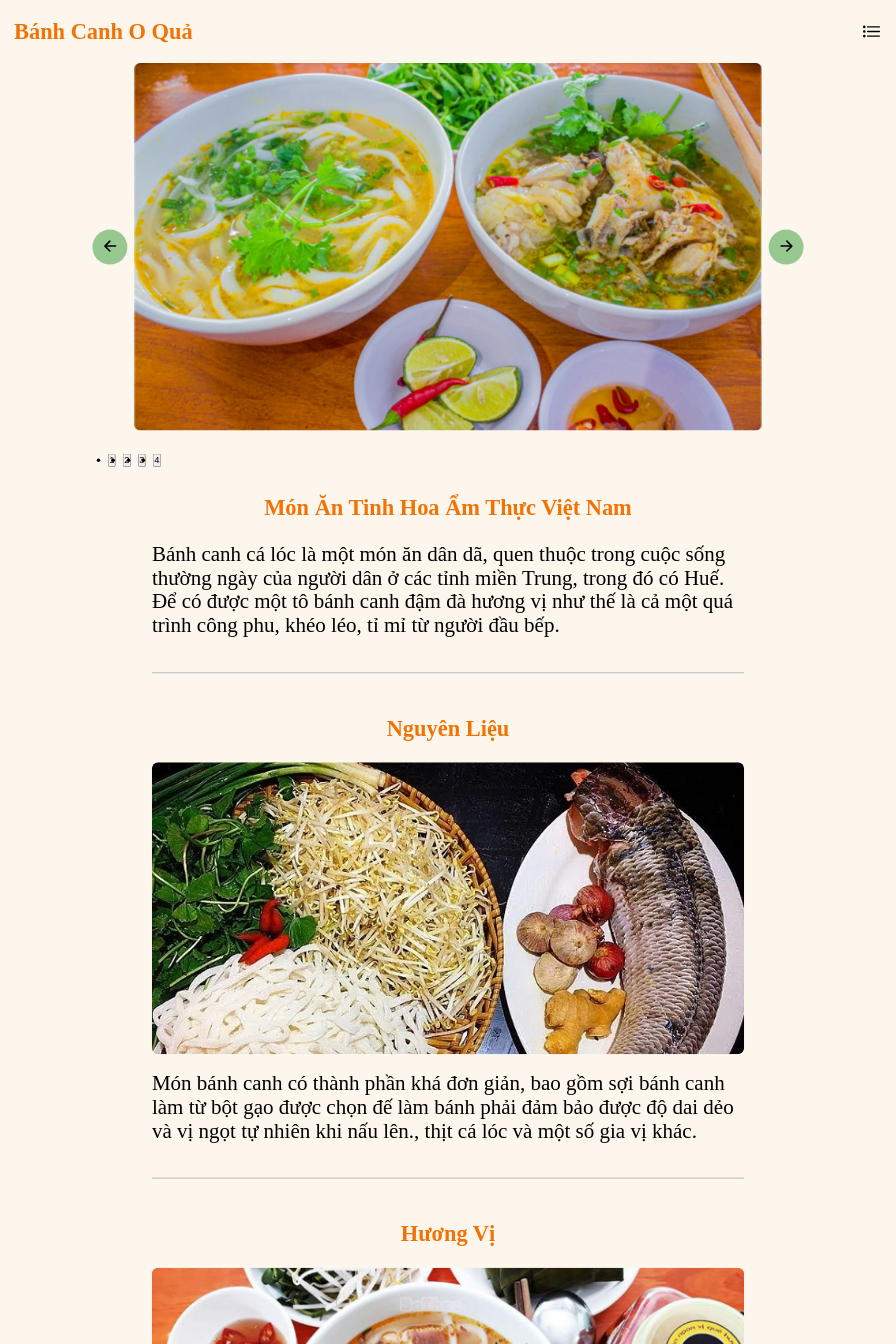
Repository: LeCongTuan2608/AmThuc
Page: index.html
An editor plug-in stored every save of this project. The page is shown before and after a run of saves, followed by the edit.
The browser window is 1280 px wide. The pictures show the part of the page from y = 0 to 1920 px (the page is 3454 px tall), at 70% of full size.
Some web fonts or font styles are not loaded; a fallback is used. Some web libraries are served in a nearby version. The style sheet was rebuilt from its Sass, Less or Tailwind sources for each picture, by a compiler version that may differ from the author's.

Above is the page before, as saved 2022-04-15 14:02:34.

### index.html
<!DOCTYPE html>
<html lang="en">
   <head>
      <meta charset="UTF-8" />
      <meta http-equiv="X-UA-Compatible" content="IE=edge" />
      <meta name="viewport" content="width=device-width, initial-scale=1.0" />

      <link rel="stylesheet" type="text/css" href="https://cdn.jsdelivr.net/npm/slick-carousel@1.8.1/slick/slick.css" />

      <script type="module" src="https://unpkg.com/ionicons@5.5.2/dist/ionicons/ionicons.esm.js"></script>
      <script nomodule src="https: // unkg .com / ionicons @ 5.5.2 / dist / ionicons / ionicons.js "></script>

      <link rel="preconnect" href="https://fonts.googleapis.com" />
      <link rel="preconnect" href="https://fonts.gstatic.com" crossorigin />
      <link href="https://fonts.googleapis.com/css2?family=Updock&display=swap" rel="stylesheet" />

      <link rel="stylesheet" href="../sass/css/index.css" />
      <link rel="stylesheet" href="../Javascript/app.js" />

      <title>Bánh Canh O Quả</title>
   </head>
   <body>
      <header>
         <div id="header">
            <h1>Bánh Canh O Quả</h1>
            <ion-icon name="list-outline"></ion-icon>
         </div>
      </header>
      <main>
         <div id="container">
            <div id="top" class="top">
               <div class="image">
                  <img src="../images/anh-3.png" alt="" />
               </div>
               <div class="image">
                  <img src="../images/anh-4.jpg" alt="" />
               </div>
               <div class="image">
                  <img src="../images/anh-5.jpg" alt="" />
               </div>
               <div class="image">
                  <img src="../images/anh-6.jpg" alt="" />
               </div>
            </div>
            <div id="middle">
               <div id="contents">
                  <div id="story" class="posts">
                     <h1>Món Ăn Tinh Hoa Ẩm Thực Việt Nam</h1>
                     <p>
                        Bánh canh cá lóc là một món ăn dân dã, quen thuộc trong cuộc sống thường ngày của người dân ở
                        các tỉnh miền Trung, trong đó có Huế. Để có được một tô bánh canh đậm đà hương vị như thế là cả
                        một quá trình công phu, khéo léo, tỉ mỉ từ người đầu bếp.
                     </p>
                  </div>
                  <div id="ingredient" class="posts">
                     <h1>Nguyên Liệu</h1>
                     <img src="../images/anh-8.jpg" alt="" />
                     <p>
                        Món bánh canh có thành phần khá đơn giản, bao gồm sợi bánh canh làm từ bột gạo được chọn đế làm
                        bánh phải đảm bảo được độ dai dẻo và vị ngọt tự nhiên khi nấu lên., thịt cá lóc và một số gia vị
                        khác.
                     </p>
                  </div>
                  <div id="taste" class="posts">
                     <h1>Hương Vị</h1>
                     <img src="../images/anh-7.jpg" alt="" />
                     <p>
                        Bánh canh cá lóc nơi đây mang hương vị thanh thanh, từng sợi bánh được làm từ bột gạo, có độ dài
                        và mềm vừa phải. Cá lóc tẩm ướp gia vị vừa vặn và không chiên qua dầu mỡ nên giữ nguyên được
                        hương vị ngon ngọt tự nhiên của thịt.Để thưởng thức bánh canh cá lóc một cách trọn vẹn, người ta
                        thường nêm thêm sa tế tạo vị cay cay, tê tê cũng như màu sắc hấp dẫn cho món ăn. Ngoài ra, bánh
                        canh cá lóc nên ăn kèm với rau đắng và giá đỗ để tạo sự lạ miệng, bớt ngấy.
                     </p>
                  </div>
                  <div id="price" class="posts">
                     <h1>Giá Thành</h1>
                     <p>
                        Chỉ từ 20.000 vnd - 50.000 vnd, bạn đã có thể thưởng thức một tô bánh canh cá lóc ngon lành nóng
                        hổi đầy ắp thịt cá.
                     </p>
                  </div>
                  <div id="address" class="posts">
                     <h1>Địa Chỉ</h1>
                     <p>Số 76 đường 30/4 thị trấn Ngãi Giao, huyện Châu Đức, tỉnh Bà Rịa Vũng Tàu</p>
                  </div>
               </div>
            </div>
         </div>
      </main>
      <footer></footer>

      <script type="text/javascript" src="https://code.jquery.com/jquery-1.11.0.min.js"></script>
      <script type="text/javascript" src="https://code.jquery.com/jquery-migrate-1.2.1.min.js"></script>
      <script
         type="text/javascript"
         src="https://cdn.jsdelivr.net/npm/slick-carousel@1.8.1/slick/slick.min.js"
      ></script>
      <script src="../Javascript/app.js"></script>
   </body>
</html>

### Javascript/app.js
$(document).ready(function () {
   $('.top').slick({
      infinite: true,
      arrows: true,
      draggable: false,
      dots: true,
      //   autoplay: true,
      //   autoplaySpeed: 1500,
      prevArrow: `<button type='button' class='slick-prev slick-arrow'><ion-icon name="arrow-back-outline"></ion-icon></button>`,
      nextArrow: `<button type='button' class="slick-next slick-arrow"><ion-icon name="arrow-forward-outline"></ion-icon></button>`,
   });
});

### sass/index.scss
@import './variables';
html{
    font-size: 100%;
    width: 100%;
    height: 100%;
}
*{
    margin: 0;
    padding: 0;
}
body{
    width: 100%;
    height: 100%;
    background-color: $background_Color;
}
header #header{
    display: flex;
    height: 50px;
    padding: 20px;
    align-items: center;
    justify-content: space-between;
}
#header h1{
    color: $words_Color;
    cursor: pointer;
    font-family: $words_font;
}
#header ion-icon{
    font-size: 30px;
    cursor: pointer;
}
main{
    width: 100%;
    display: flex;
    justify-content: center;
}
main #container{
    height: auto;
    display: flex;
    width: 70%;
    flex-direction: column;
    // justify-content: center;

}
#top {
}
.image{
    height: 10%;
    width: 100%;
}
.image img{
    width: 100%;
    height: 100%;
    border-radius: 8px;
    background-size: cover;
}
.slick-arrow{
    height: 50px;
    width: 50px;
    border: none;
    border-radius: 100rem;
    position: absolute;
    align-items: center;
    font-size: 25px;
    line-height: 1;
    z-index: 2;
    top: 50%;
    transform: translateY(-50%);
    background-color: rgb(150, 200, 144);
    cursor: pointer;
}
.slick-arrow:hover{
    background-color: rgb(70, 145, 191);
}
.slick-arrow:active{
    background-color: $words_Color;
}
.slick-prev{
    left:-60px;

}
.slick-next{
    right: -60px;
}
.slick-dots{
    position:absolute;
    bottom: 0;
    // left: 50%;
    transform:  translate(-50%,50px);
    display: flex !important;
    align-items: center;
    justify-content: center;
    gap: 0 10px;
}
.slick-dots ul li{
    list-style-type: none;
}
#contents{
    width: auto;
    height: auto;
    padding: 30px 25px 30px 25px;
}
.posts{
    border-bottom-style: solid;
    border-width: 2px;
    border-color: #cbcbcb;
    padding-bottom: 50px;
}
.posts h1{
    color: $words_Color;
    text-align: center;
    margin: 60px 0 30px 0;
    font-family: $words_font;
}
.posts img{
    width: 100%;
    height: 100%;
    background-size: cover;
    border-radius: 9px;
    margin-bottom: 20px;
}
.posts p{
    font-size: $font_Size;
    font-family: $words_font;
}
#address{
    border-bottom-style:none;
}
footer{
    height: 200px;
    background-color: $words_Color;
}
@media screen and (max-width: 500px) {
    main #container{
        height: auto;
        display: flex;
        width: 90%;
        flex-direction: column;
    }
    #contents{
        width: auto;
        height: auto;
        padding: 5px 5px 10px 5px;
    }
    .posts{
        border-bottom-style: solid;
        border-width: 2px;
        border-color: #cbcbcb;
        padding-bottom: 30px;
    }
    .posts h1{
        color: $words_Color;
        text-align: center;
        margin: 20px 0 20px 0;
        font-family: $words_font;
    }
    #address{
        border-bottom-style:none;
    }
}

### sass/variables.scss
$background_Color: #fcf6ed;
$words_Color: #f07305;
$words_font: 'Updock', cursive;
$font_Size: 30px;

After the next 5 saves:
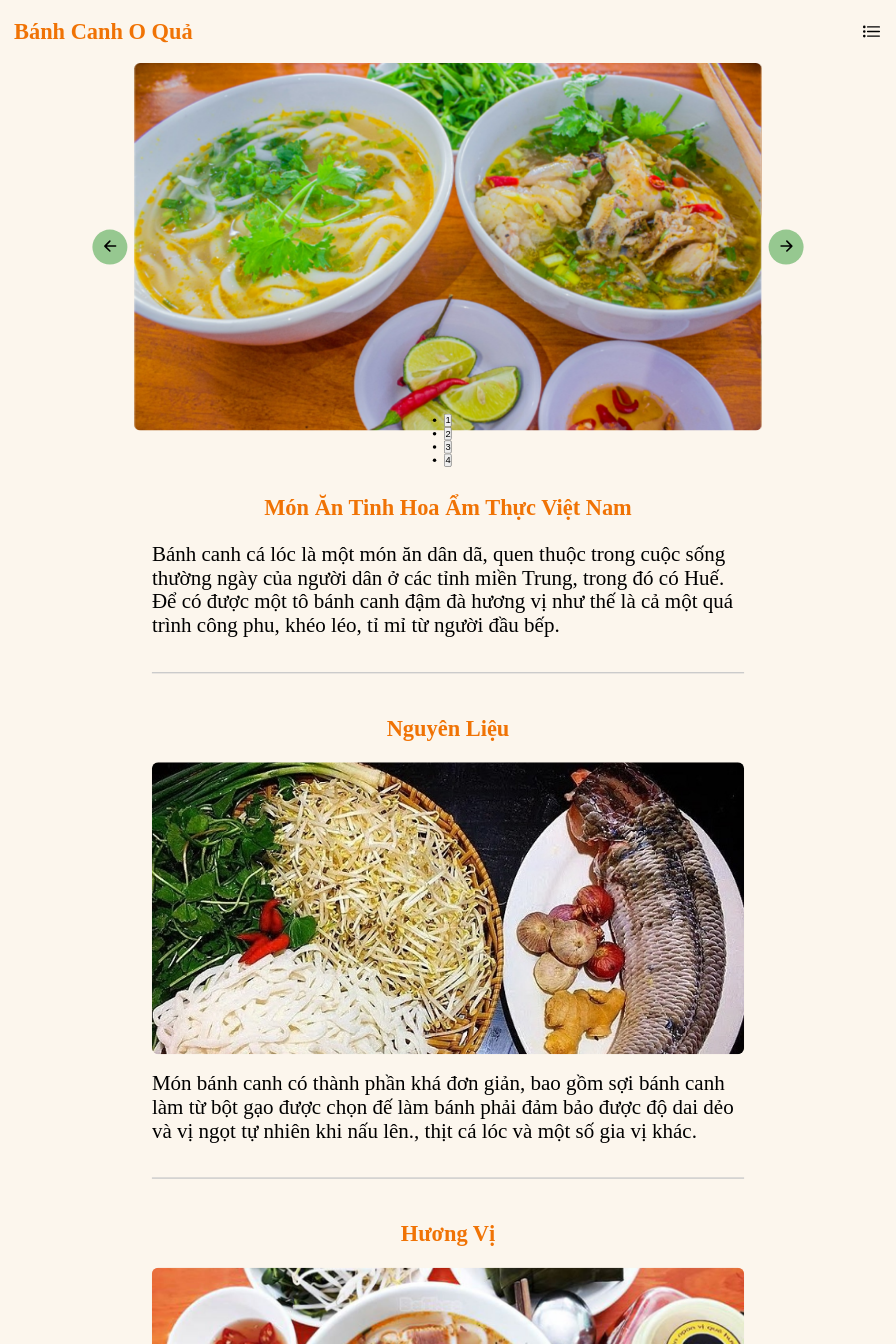
The 5 saves are shown as one change because they came seconds apart.
The last was saved 14 s later.
--- a/sass/index.scss
+++ b/sass/index.scss
@@ -85,9 +85,9 @@ main #container{
 .slick-dots{
     position:absolute;
     bottom: 0;
-    // left: 50%;
+    left: 50%;
     transform:  translate(-50%,50px);
-    display: flex !important;
+    // display: flex !important;
     align-items: center;
     justify-content: center;
     gap: 0 10px;
